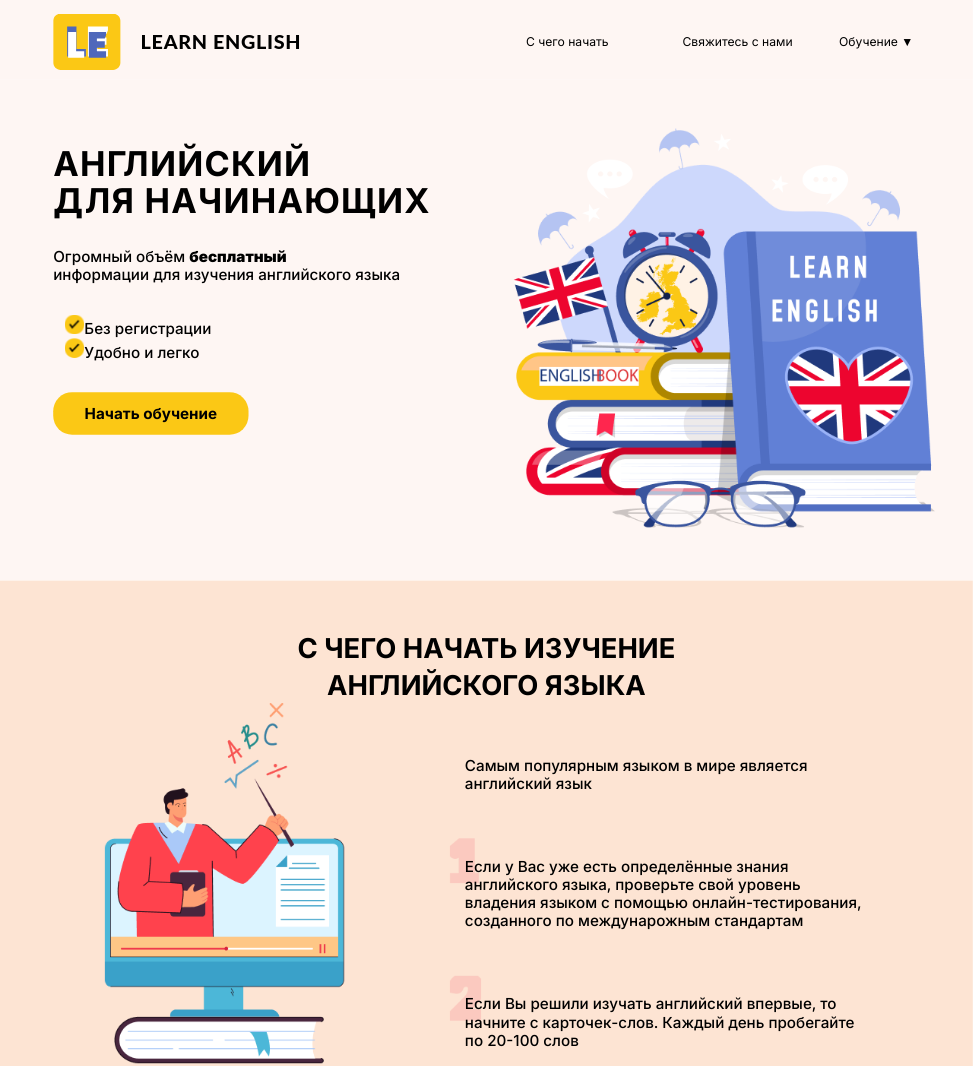
Repository: WladimirVA/Diplom
Page: scool/index.html
An editor plug-in stored every save of this project. The page is shown before and after the next save, followed by the edit.
The browser window is 1280 px wide. The pictures show the whole page, at 76% of full size.

Above is the page before, as saved 2023-07-06 18:55:28.

### scool/index.html
<!DOCTYPE html>
<html lang="en">
<head>
    <meta charset="UTF-8">
    <meta name="viewport" content="width=device-width, initial-scale=1.0">
    <link href="./css/index.css" rel="stylesheet" type="text/css">
    <link href="../static/css/fonts.css" rel="stylesheet" type="text/css">
    <link rel="icon" sizes="16x16" href="./img/Vector.svg" type="image/x-icon">
    <title>Learn english</title>
</head>
<body>
    <header class="header" di="HOME">
        <div class="section">
            <div class="section-header">
                <div class="logo">
                    <img src="./img/Vector.svg">
                    <p>Learn english</p>
                </div>
                <div>

                    <ul class="ddropdownn">
                        <li class="ddropdownn-top">
                        <a class="ddropdownn-top" href="#">С чего начать</a>
                        </li>
                        <li class="ddropdownn-top">
                            <a class="ddropdownn-top" href="#">Свяжитесь с нами</a>
                        </li>
                        <li class="ddropdownn-top">
                        <a class="ddropdownn-top" href="#">Обучение &#9660;</a>
                            <ul class="ddropdownn-inside">
                                <li><a href="/">Карточки-слова</a></li>
                                <li><a href="/">Самоучитель</a></li>
                                <li><a href="/">Видео</a></li>
                                <li><a href="/">Тестирование</a></li>
                                <li><a href="/">Картинки</a></li>
                            </ul>
                        </li>

                    </ul>

                    <!-- <ul class="header-nav">
                        <li><a class="link" href="#ADVAN_TEST">С чего начать</a></li>
                        <li><a class="link" href="#LANGUAGE_LEVELS">Обучение &#9660;</a></li>
                        <li><a class="link" href="mailto:Vorobeyenglish@ya.ru">Свяжитесь с нами</a></li>
                         <li><a class="link" href="#">О проекте</a></li>
                    </ul> -->
                </div>
            </div>
        </div>
    </header>
    <main>
        <section class="BEGINNES">
            <div class="section">
                <div class="content-beginners">
                    <div class="beginners-inf">
                        <h1>Английский <br>для начинающих</h1>
                        <p>Огромный объём <span  style="font-weight:900"> бесплатный <br></span> информации для изучения английского языка</p>
                        <div>
                            <ul class="home_ul">
                                <li class="home_li"><img class="check" src="./img/Иконка _Галочка_ 3.svg">Без регистрации</li>
                                <li class="home_li"><img class="check" src="./img/Иконка _Галочка_ 3.svg">Удобно и легко</li>
                            </ul>
                        </div>
                        <div class="buttonsHome">
                            <form action="#" method="post">
                                <button class="button_home">Начать обучение</button>
                            </form>
                        </div>
                    </div>
                    <div class="beginners-img">
                        <img src="./img/BACKGROUND.png" alt="foto">
                    </div>
                </div>
            </div>
        </section>
        <section class="LEARNING">
            <div class="section">
                <div class="content-learning">
                    <h1>С чего начать изучение<br> английского языка</h1>
                        <div class="learning">
                            <div class="img-learning">
                                <img src="./img/Group 31.png" alt="foto">
                            </div>
                            <div class="learning-text">
                                <div>
                                    <p class="popular">Самым популярным языком в мире является английский язык</p>
                                </div>
                                <div class="learning-text-img">
                                    <img src="./img/1.png" alt="number1">
                                    <p>Если у Вас уже есть определённые знания английского языка, проверьте свой уровень владения языком с помощью онлайн-тестирования, созданного по междунарожным стандартам</p>
                                </div>
                                <div class="learning-text-img">
                                    <img src="./img/2.png" alt="number2">
                                    <p>Если Вы решили изучать английский впервые, то начните с карточек-слов. Каждый день пробегайте по 20-100 слов</p>
                                </div>
                            </div>
                        </div>
                </div>
            </div>
        </section>
    </main>

</body>
</html>

### scool/css/index.css
body {
    scroll-behavior: smooth;
    align-items: center;
    width: 100%;
    max-width: 1366px;
    margin: auto;
    font-family: 'Inter', 'Work Sans', "NunitoSans-Light", Arial, Helvetica, sans-serif;
}

.logo {
    display: flex;
    align-items: center;
}

.logo p {
    font-family: Lato;
    font-size: 26px;
    font-weight: 800;
    line-height: 48px;
    letter-spacing: 0.035em;
    text-align: left;
    text-transform: uppercase;
    padding-left: 1em;
}

/* .link {
    font-family: Inter;
    font-size: 16px;
    font-weight: 500;
    line-height: 20px;
    letter-spacing: 0em;
    padding-right: 60px;
    text-decoration: none;
    color: #000000;


}

.header-nav {
    display: flex;
    list-style-type: none;
    padding-top: 20px;
} */
/* Стили выпадающего списка */
ul.ddropdownn li {/* Считаем координаты относительно исходного места. */
    position: relative; }
ul.ddropdownn, ul.ddropdownn-inside {
    /* Отступы на нуле. */
    padding: 0;
    /* Маркеры уберем. */
    list-style-type: none;
    }
ul.ddropdownn-inside {
    /* Спрячем дочерние элементы выпадающего списка. */
    left: -9999px;
    position: absolute;
    }
ul.ddropdownn li.ddropdownn-top {
    /* Небольшой отступ. */
    margin: 20px 1px 0 0;
    /* Выравнивание по левой стороне. */
    float: left;
    display: inline;
    }
ul.ddropdownn li.ddropdownn-top a {
    /* Делаю элементы блочными. */
    display: block;
    /* Снова отступы. */
    padding: 3px 30px 4px;
    text-decoration: none;
    color: black;
    font-family: Inter;
    width: 145px;
    }
/* ul.ddropdownn a.ddropdownn-top {/* Цвет фона. */ background: #FEF6F3; } */
ul.ddropdownn a.ddropdownn-top:hover {/* Отступы. */ padding: 13px 20px 4px; }
ul.ddropdownn li.ddropdownn-top:hover .ddropdownn-inside {
    left: 0;
    /* Делаю элементы блочными. */
    display: block;
    }
ul.ddropdownn .ddropdownn-inside {/* Цвет фона. */ background: #FEF6F3; }
ul.ddropdownn .ddropdownn-inside a:hover {/* Цвет фона изменится при наведении. */
    background: #FEF6F3; }


@media screen and (max-width: 745px) {
    .header-nav {
        display: block;
        padding-top: 0px;
    }
}


.section-header {
    display: flex;
    justify-content: space-between;
    background-color: #FEF6F3;
    padding: 5px 0px 0 70px;

}

.BEGINNES {
    background: #FEF6F3;
}

.content-beginners {
    display: flex;
    justify-content: space-between;
}

.beginners-inf {
    padding: 50px 0 0 70px;
}

.beginners-inf h1 {
    font-family: Inter;
    font-size: 44px;
    font-weight: 700;
    line-height: 48px;
    letter-spacing: -0.08em;
    text-align: left;
    text-transform: uppercase;
    font-family: Inter;
    font-size: 45px;
    font-weight: 700;
    line-height: 48px;
    letter-spacing: 0.035em;
    text-align: left;
}

.beginners-img img {
    width: 100%;
    height: auto;
}
.content-beginners {
    font-family: Inter;
    font-size: 22px;
    font-weight: 700;
    line-height: 24px;
    letter-spacing: 0em;
    text-align: left;

    font-family: Inter;
    font-size: 22px;
    font-weight: 500;
    line-height: 24px;
    letter-spacing: 0em;
    text-align: left;

    font-family: Inter;
    font-size: 20px;
    font-weight: 500;
    line-height: 24px;
    letter-spacing: 0em;
    text-align: left;
}

.home_ul {
    list-style-type: none;
    padding: 20px 0 20px 0;
}

.check {
    margin-left: 15px;
}

.button_home {
    font-family: Inter;
    font-size: 20px;
    font-weight: 700;
    line-height: 24px;
    letter-spacing: 0em;
    text-align: center;
    background:#FBC815;
    border-style: none;
    border-radius: 25px;
    width: 257px;
    height: 56px;
}

.LEARNING {
    background: #FDE4D3;
}

.learning {
    display: flex;
    justify-content: space-evenly;
}

.img-learning img {
    width: 100%;
    height: auto;
}

.content-learning h1 {
    margin: 0;
    text-align: center;
    text-transform: uppercase;
    font-family: Inter;
    font-size: 36px;
    font-weight: 700;
    line-height: 48px;
    letter-spacing: 0em;
    text-align: center;
    padding-top: 65px;

}

.popular {
    margin-left: 20px;
}

.learning-text {
    max-width: 550px;
    margin-top: 50px;
}

.learning-text p {
    font-family: Inter;
    font-size: 20px;
    font-weight: 500;
    line-height: 24px;
    letter-spacing: 0em;
    text-align: left;
}

.learning-text-img {
    margin-top: 60px;
}

.learning-text-img p {
    margin: -38px 0 0 20px;
}

.content-information h1 {
    font-family: Inter;
    font-size: 36px;
    font-weight: 700;
    line-height: 48px;
    letter-spacing: 0em;
    text-align: center;
    text-align: center;
    text-transform: uppercase;
}

.content-information p {
    font-family: Inter;
    font-size: 24px;
    font-weight: 700;
    line-height: 32px;
    letter-spacing: 0em;
    text-align: center;

}

### static/css/fonts.css
/* @import url('https://fonts.googleapis.com/css2?family=Work+Sans:ital,wght@0,600;0,800;1,800&display=swap'); */


/* @import url('https://fonts.googleapis.com/css2?family=Inter:wght@400;500;600;700;800&family=Work+Sans:ital,wght@0,600;0,800;1,800&display=swap'); */


@import url('https://fonts.googleapis.com/css2?family=Inter:wght@100;200;300;400;500;600;700;800;900&display=swap');

@import url('https://fonts.googleapis.com/css2?family=Inter:wght@100;200;300;400;500;600;700;800;900&family=Work+Sans:ital,wght@0,100;0,200;0,300;0,400;0,500;0,600;0,700;0,800;0,900;1,100;1,200;1,300;1,400;1,500;1,600;1,700;1,800;1,900&display=swap');

After the next save:
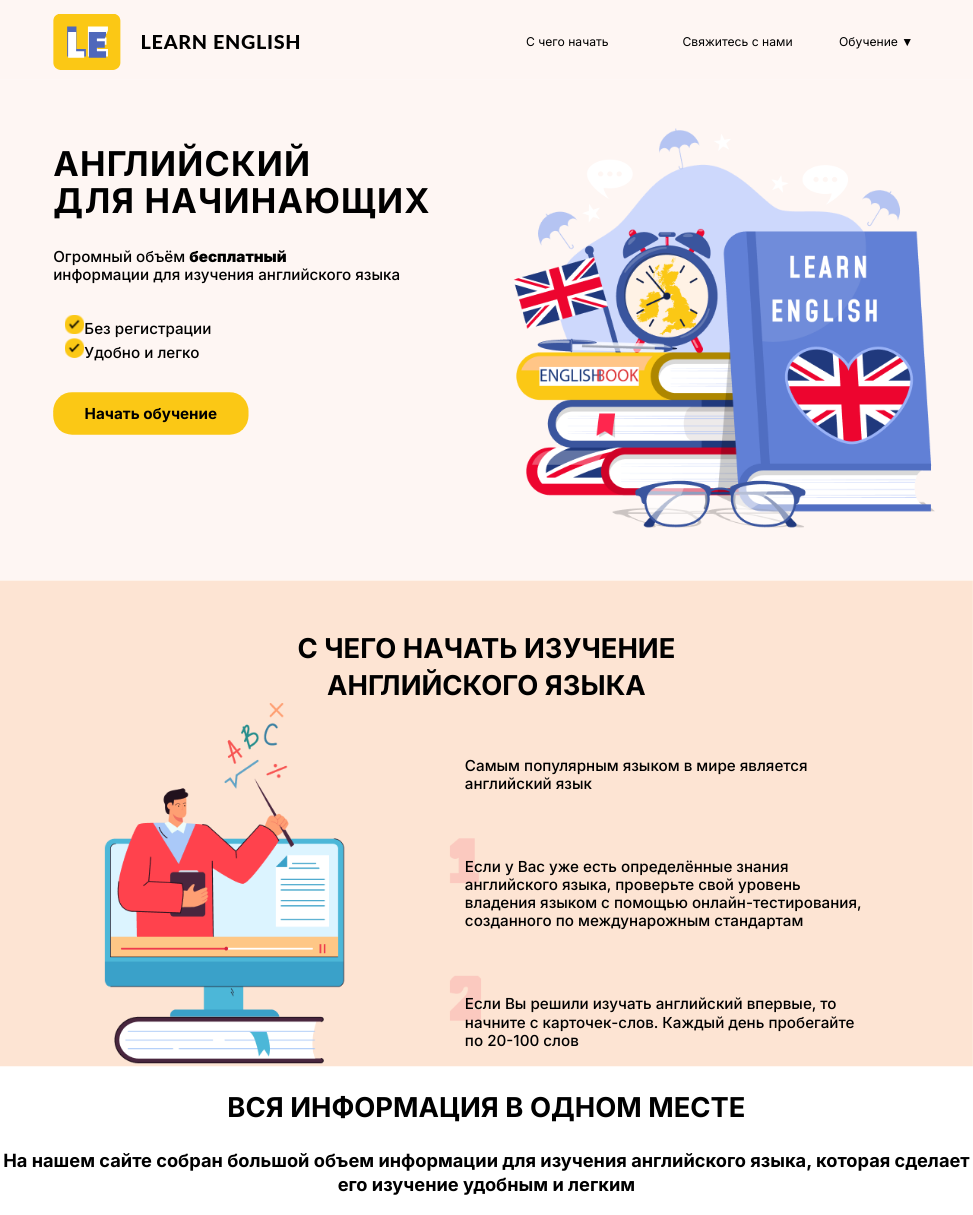
Saved 3 s later.
--- a/scool/index.html
+++ b/scool/index.html
@@ -98,6 +98,15 @@
                 </div>
             </div>
         </section>
+        <section class="INFORMATION">
+            <div class="section">
+                <div class="content-information">
+                    <h1>Вся информация в одном месте</h1>
+                    <p>На нашем сайте собран большой объем информации для изучения английского языка, которая сделает его изучение удобным и легким</p>
+
+                </div>
+            </div>
+        </section>
     </main>
 
 </body>
